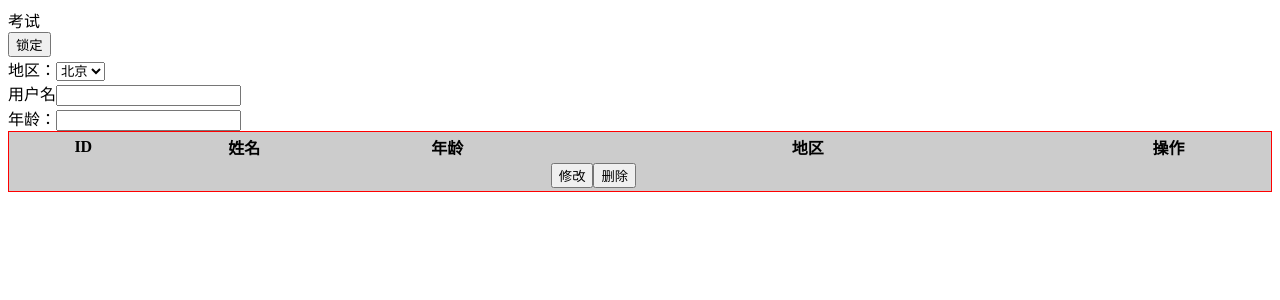
Repository: Sjl-2114/2006z
Page: / (app in A卷/vue-kaoshi/)
An editor plug-in stored every save of this project. The page is shown before and after a run of saves, followed by the edit.
The browser window is 1280 px wide. The pictures show the whole page.
The project was rebuilt for these pictures with package versions that can differ from the ones it lists, and the page was loaded fresh each time.

Above is the page before, as saved 2021-04-28 15:59:05.

### A卷/vue-kaoshi/src/App.vue
<template>
  <div>
    考试
    <br>
    <button>{{das}}</button>
    <br>
    <span>地区：</span>
    <select >
      <option :value="item.name" v-for="(item, index) in list" :key="index">
          {{item.name}}
      </option>
    </select>
    <br>
    <span>用户名</span>
    <input type="text" v-model="username">
    <br>
    <span>年龄：</span>
    <input type="number" v-model="age">
    <br>
    <table style="width:100%" class="table">
        <thead>
          <tr>
            <th></th>
            <th>ID</th>
            <th>姓名</th>
            <th>年龄</th>
            <th>地区</th>
            <th>操作</th>

          </tr>
        </thead>
        <tbody>
          <tr>
            <td></td>
            <td></td>
            <td></td>
            <td></td>
            <td>
              <button>修改</button>
              <button>删除</button>
            </td>
          </tr>
        </tbody>

    </table>
  </div>
</template>
<script>
  import data from '../public/data.json'
export default {
  data() {
    return {
      das:'锁定',
      list: data.data,
      usename:'',
      age:'',

    }
  },
  methods:{

  },

}
</script>
<style>
  .table{
    background: #ccc;
    border: 1px solid red;
  }
</style>

### A卷/vue-kaoshi/public/data.json
{
  "data": [
    {
      "id": 1,
      "name": "北京"
    },
    {
      "id": 2,
      "name": "上海"
    },
    {
      "id": 3,
      "name": "广州"
    },
    {
      "id": 4,
      "name": "成都"
    }
  ]
}

Loaded but not shown: A卷/vue-kaoshi/public/index.html (common file); A卷/vue-kaoshi/src/main.js (common file)

After the next 5 saves:
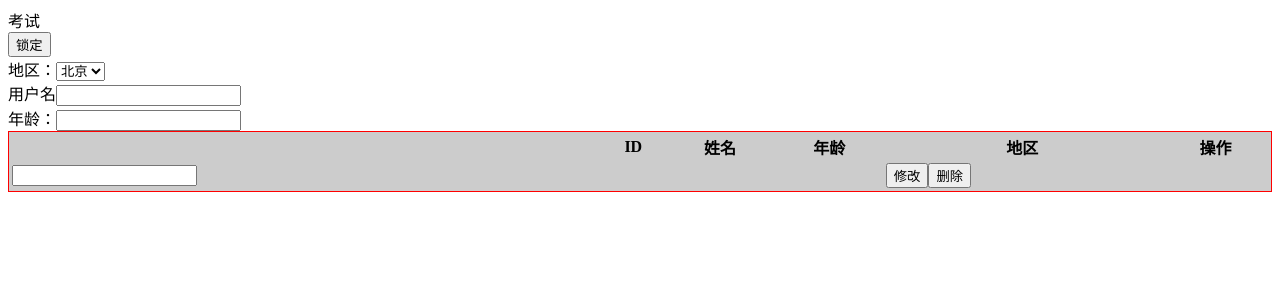
The 5 saves are shown as one change because they came seconds apart.
The last was saved 14 s later.
--- a/A卷/vue-kaoshi/src/App.vue
+++ b/A卷/vue-kaoshi/src/App.vue
@@ -31,7 +31,9 @@
         </thead>
         <tbody>
           <tr>
-            <td></td>
+            <td>
+              <input type="abdio">
+            </td>
             <td></td>
             <td></td>
             <td></td>
